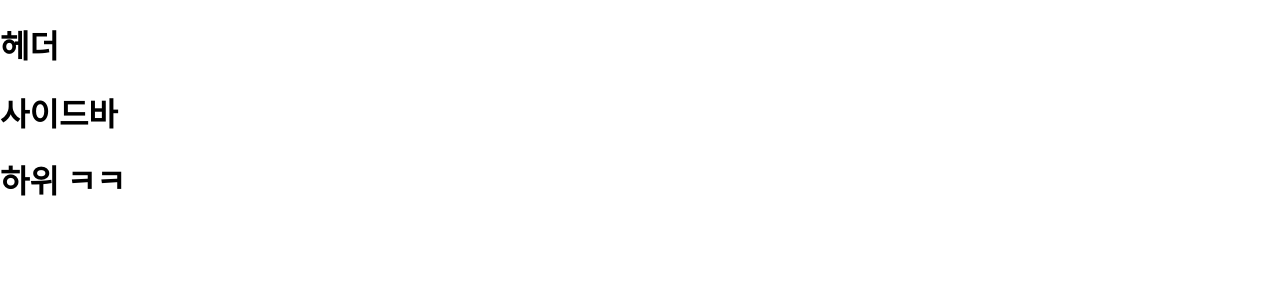
Repository: yangddoddi/community_react
Page: /
These files come from the project's save history. The page is drawn as it stood at one moment and after the next save; the edit follows.
The browser window is 1280 px wide. The pictures show the whole page.
The page's requests for data from a server got no answer. The project was rebuilt for these pictures with package versions that can differ from the ones it lists, and the page was loaded fresh each time. No one was signed in, and anything a server would have sent is missing. Also part of the build but not shown: src/App.css.

Above is the page before, as saved 2022-08-16 23:15:58.

After the next save:
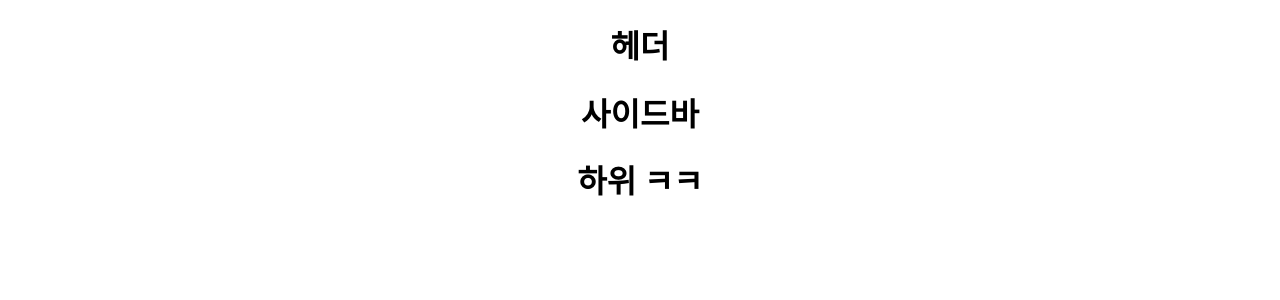
Saved 27 s later.
--- a/src/components/Header.js
+++ b/src/components/Header.js
@@ -1,4 +1,4 @@
-import style from "./sidebar.module.scss";
+import style from "./Header.module.scss";
 
 export const Header = () => {
   return <h1>헤더</h1>;
